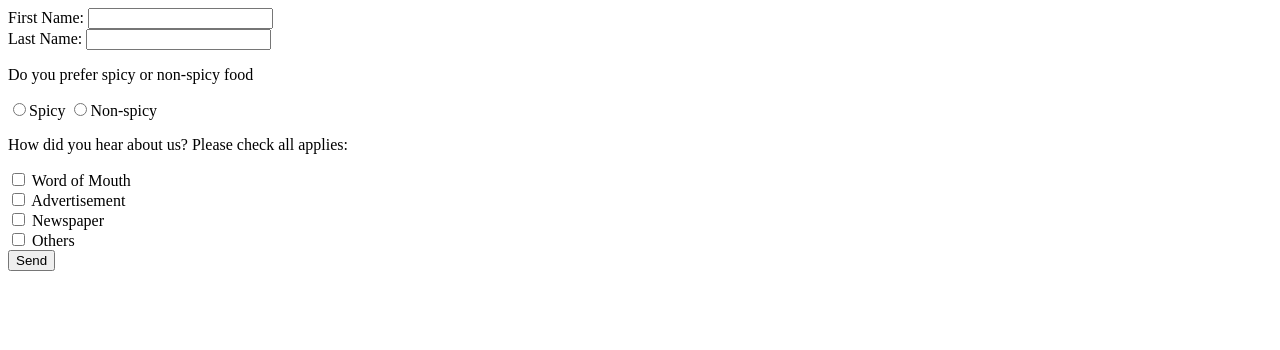
Repository: kunxin-chor/python-flask-form-processing
Page: templates/survey.template.html
The author's editor kept a record of every edit. The page is drawn from the files as they stood at one moment, then again after the next edit.
The browser window is 1280 px wide. The pictures show the whole page.
The page is served by the project's application, run on Flask 3 (run.py). The template is opened directly, without the code that normally fills it, so the values that code supplies are empty.

Above is the page before.

After the next edit:
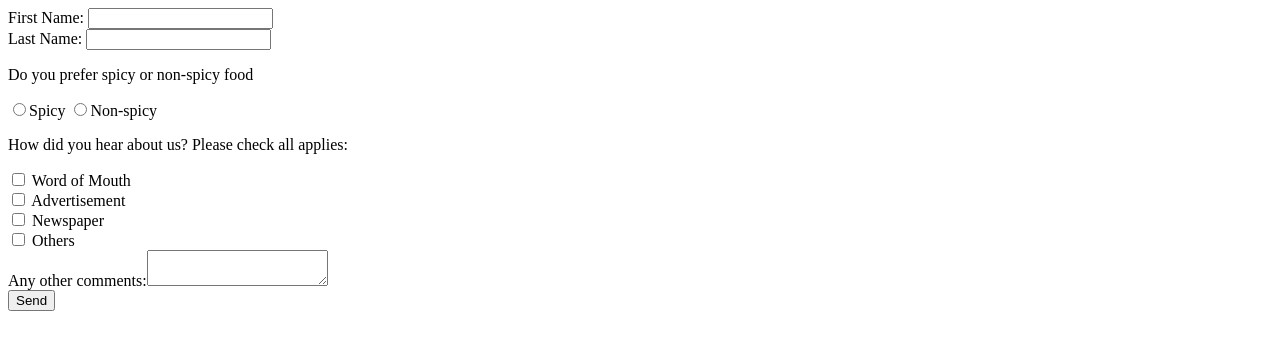
The edit:
--- a/templates/survey.template.html
+++ b/templates/survey.template.html
@@ -41,6 +41,10 @@
             <input type='checkbox' name='heard-about' value='others'>
             <label>Others</label>
 
+            <div>
+                Any other comments:<textarea name='comments'></textarea>
+            </div>
+
         </div>
         <input type='submit' value='Send'/>
     </form>
